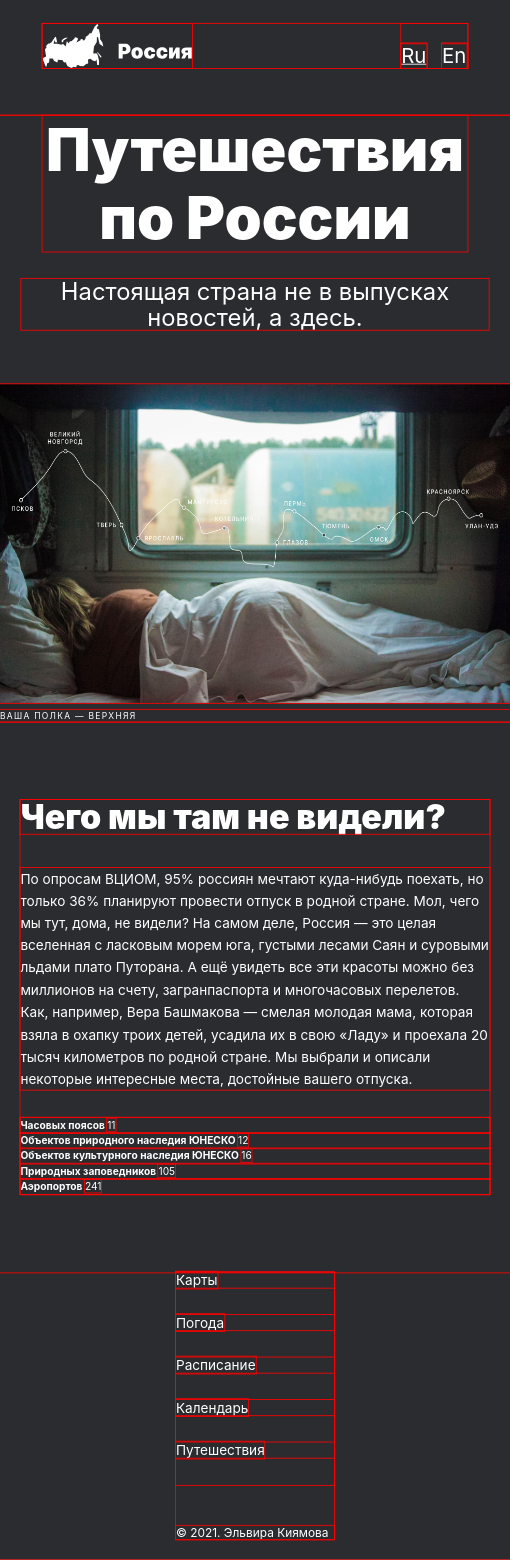
Repository: 89373611988/russia-travel
Page: index.html
The author's editor kept a copy of each file at every save. The page is drawn from the files as they stood at one save, then again after a run of saves.
The browser window is 600 px wide. The pictures show the whole page, at 85% of full size.
Some web fonts or font styles are not loaded; a fallback is used.

Above is the page before, as saved 2021-12-18 20:02:32.

After the next 5 saves:
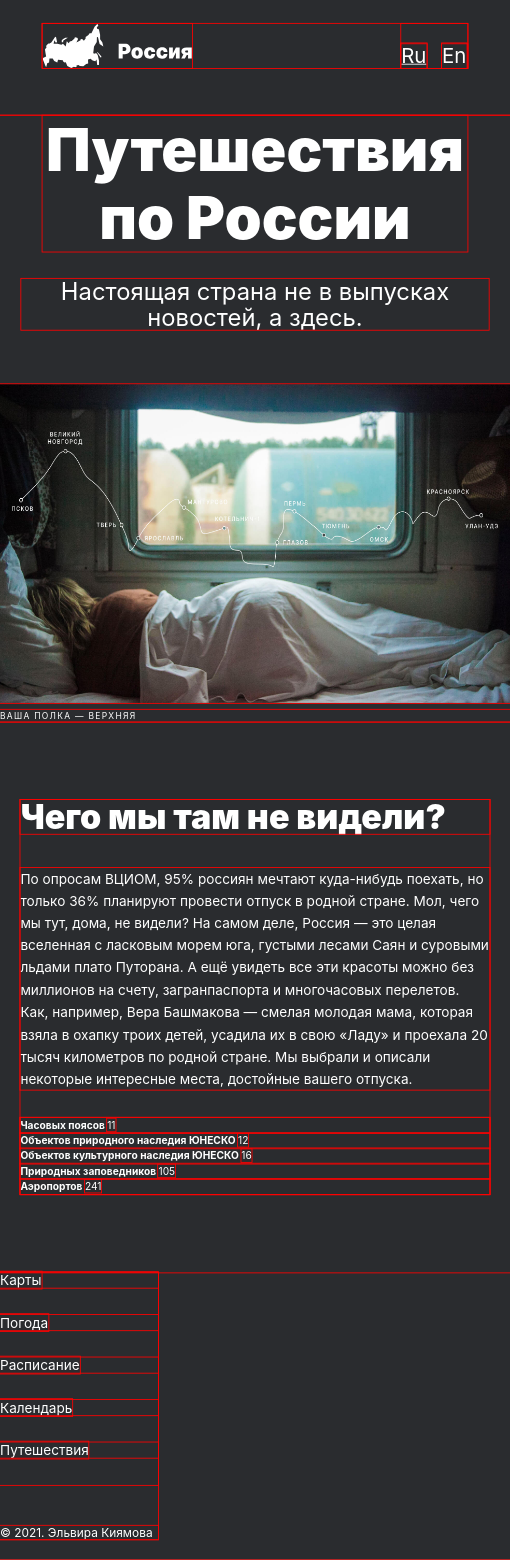
The 5 saves are shown as one change because they came seconds apart.
The last was saved 12 s later.
--- a/blocks/footer/footer.css
+++ b/blocks/footer/footer.css
@@ -45,6 +45,6 @@
   .footer {
     width: 186px;
     flex-direction: column;
-    al
+    align-self: flex-start;
   }
 }
